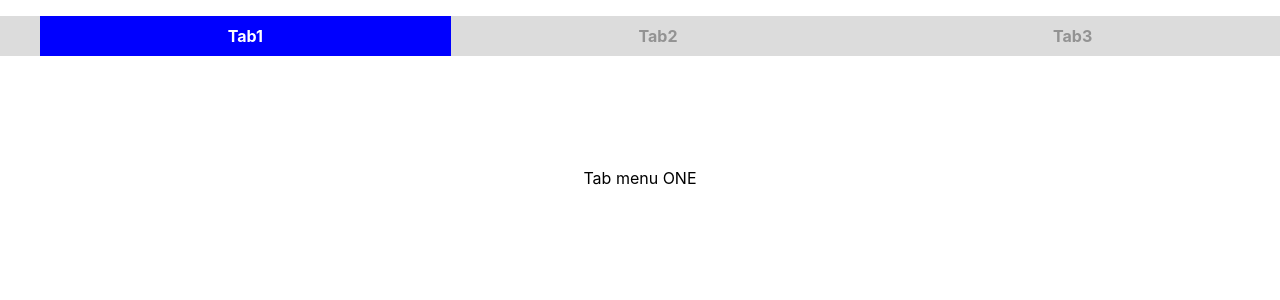
Repository: janghwahyun/wanted_pre_onboarding
Page: /Tab
The author's editor kept a copy of each file at every save. The page is drawn from the files as they stood at one save, then again after the next save.
The browser window is 1280 px wide. The pictures show the whole page.
The project was rebuilt for these pictures with package versions that can differ from the ones it lists, and the page was loaded fresh each time. Also part of the build but not shown: src/component/ClickToEdit.js, src/component/AutoComplete.js, src/component/Modal.js, src/component/Toggle.js.

Above is the page before, as saved 2022-02-11 13:06:56.

After the next save:
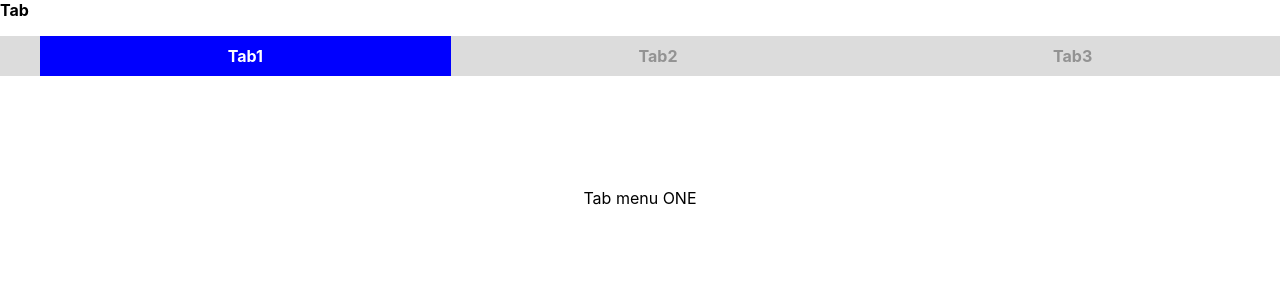
Saved 77 s later.
--- a/src/component/Tab.js
+++ b/src/component/Tab.js
@@ -16,10 +16,9 @@ const Tab = () => {
 
   return (
     <>
+      <strong>Tab</strong>
       <div>
         <TabMenu>
-          {/*TIP: li 엘리먼트의 class명의 경우 선택된 tab 은 'submenu focused' 가 되며,
-                  나머지 2개의 tab은 'submenu' 가 된다.*/}
           {menuArr.map((el, index) => {
             return (
               <li key={index} className={`${index === currentTab ? 'submenu focused' : 'submenu'}`} onClick={() => selectMenuHandler(index)}>
